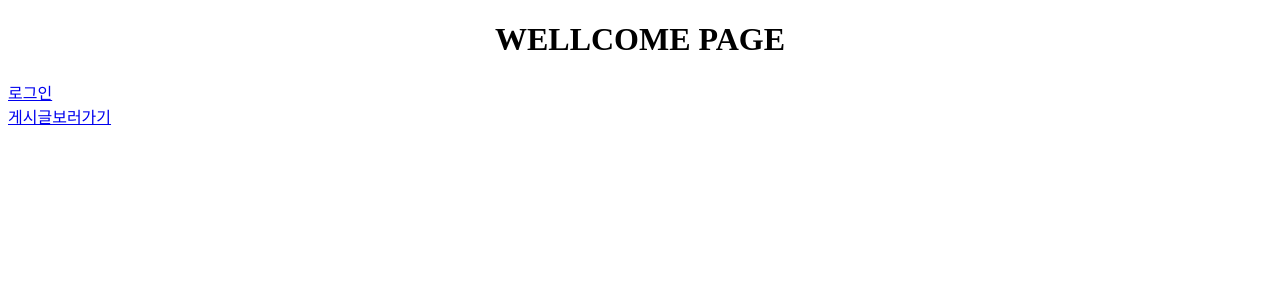
Repository: tae10/app-board-solo
Page: http://localhost/app-board/index
These files come from the project's save history. The page is drawn as it stood at one moment and after the next save; the edit follows.
The browser window is 1280 px wide. The pictures show the whole page.
The page is served by Tomcat 9.

Above is the page before, as saved 2023-04-09 16:33:52.

After the next save:
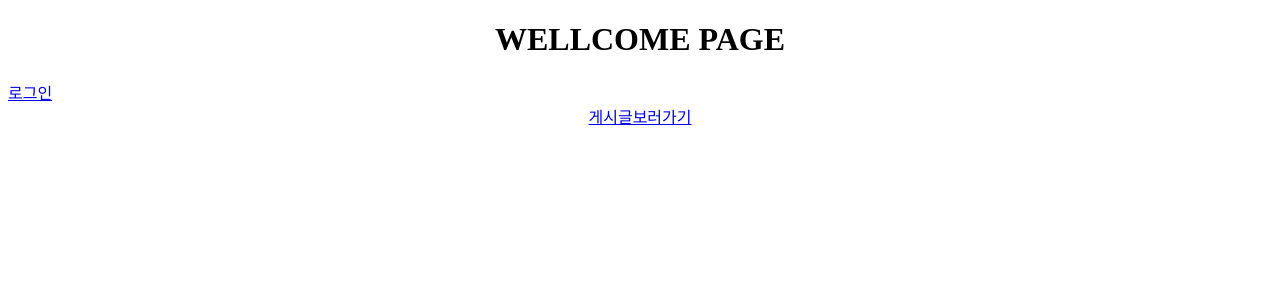
Saved 32 s later.
--- a/app-board/src/main/webapp/WEB-INF/views/index.jsp
+++ b/app-board/src/main/webapp/WEB-INF/views/index.jsp
@@ -21,7 +21,7 @@
 		</c:choose>
 	</div>
 
-	<div>
+	<div style="text-align: center;">
 	 <a href="/board">게시글보러가기</a>
 	</div>
 
